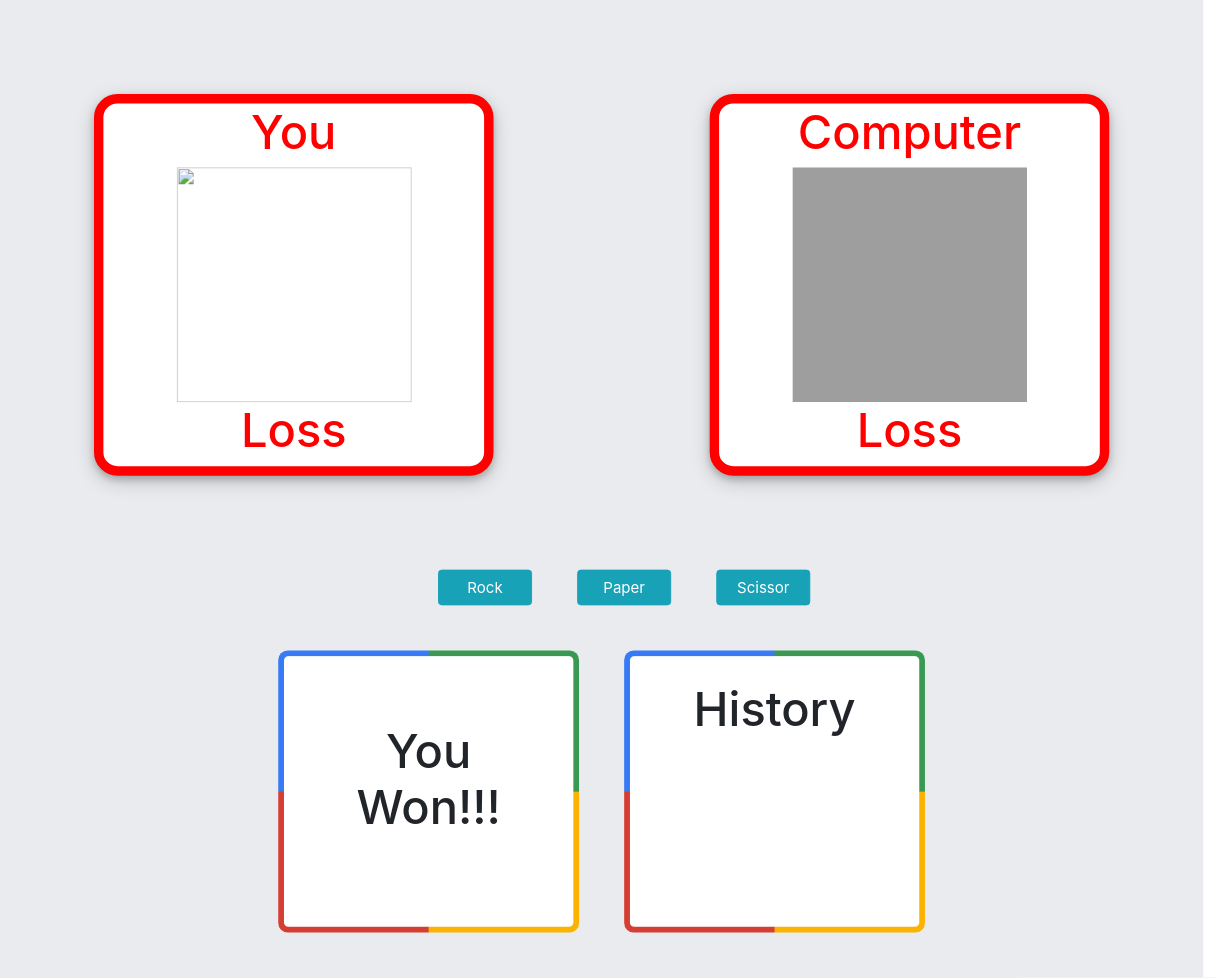
Repository: tts2610/React-Intro
Page: /
These files come from the project's save history. The page is drawn as it stood at one moment and after the next save; the edit follows.
The browser window is 1280 px wide. The page is 1295 px wide, so the pictures cover 1295 px, including what lies to the right of the window. The pictures show the whole page, at 94% of full size.
Pictures or frames that could not be fetched are drawn as grey boxes. Some web libraries are served in a nearby version. The project was rebuilt for these pictures with package versions that can differ from the ones it lists, and the page was loaded fresh each time.

Above is the page before, as saved 2020-05-26 23:37:29.

After the next save:
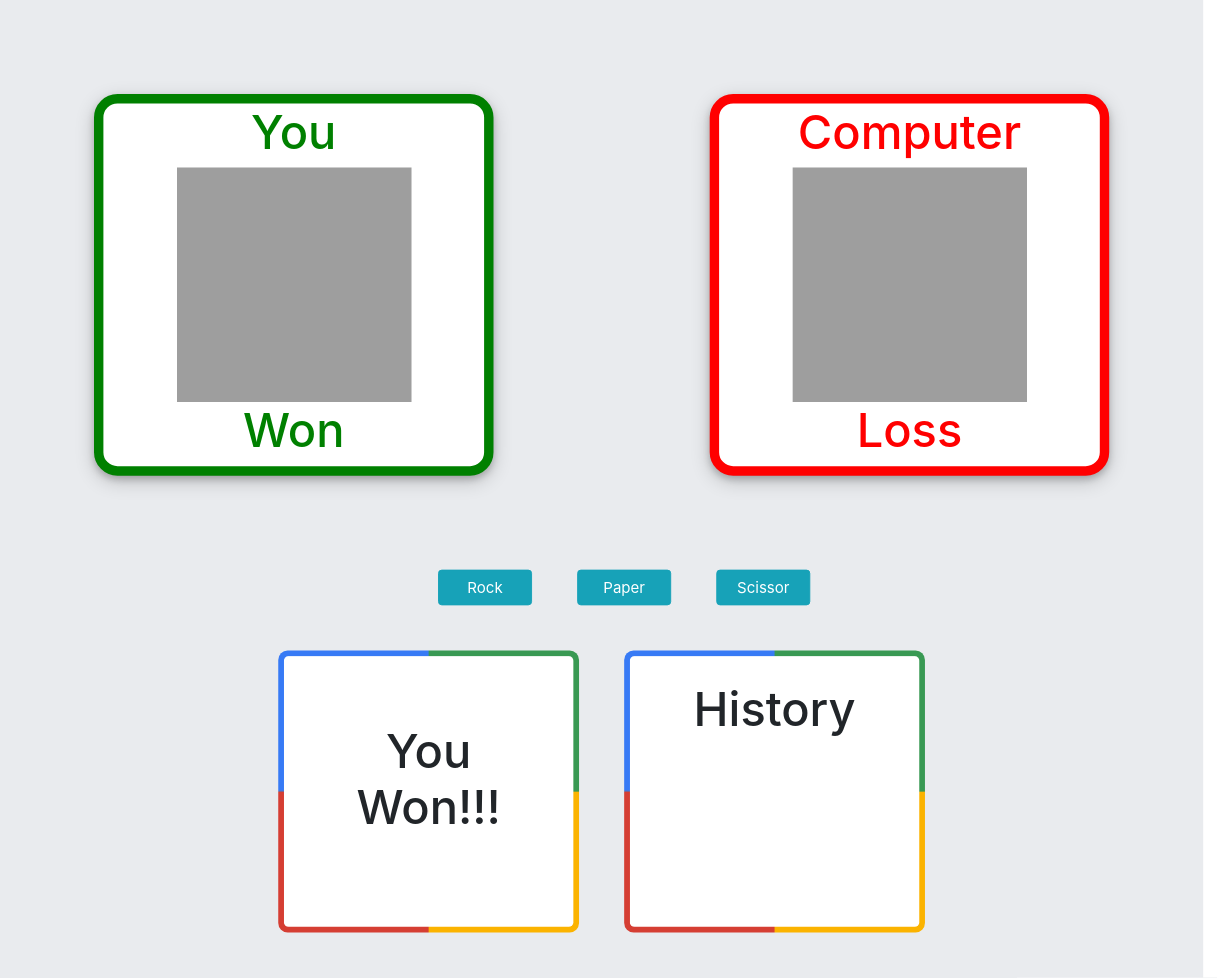
Saved 40 s later.
--- a/src/App.js
+++ b/src/App.js
@@ -61,7 +61,7 @@ export default class App extends Component{
       <div className="App">
         <div className="row">
           <div className="col-6">
-              <ChoiceCard title="You" winner="" imgURL="" />
+              <ChoiceCard title="You" winner={this.state.me.winner} imgURL={this.state.me.imgURL} />
           </div>
           <div className="col-6">
               <ChoiceCard title="Computer" winner={this.state.computer.winner} imgURL={this.state.computer.imgURL}/>
